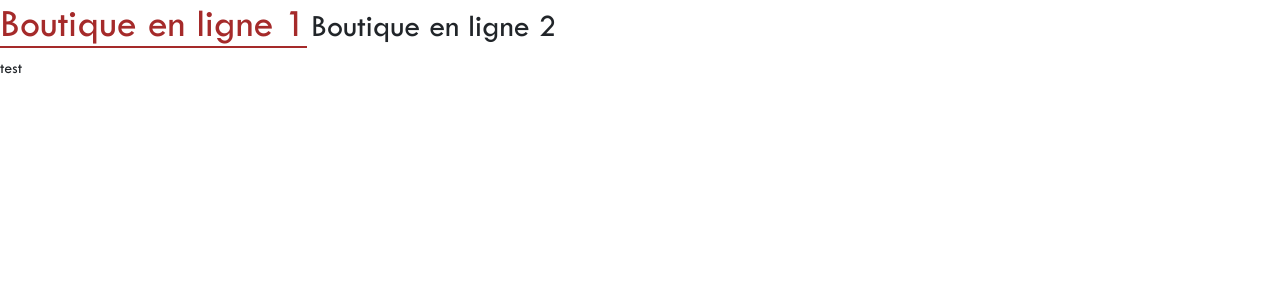
Repository: padevft/e-commerce-php
Page: http://localhost/index.html
These files come from the project's save history. The page is drawn as it stood at one moment and after the next save; the edit follows.
The browser window is 1280 px wide. The pictures show the whole page.
The page is run by PHP 8.4 with error messages shown; the project is at /var/www/html/.

Above is the page before, as saved 2023-09-17 15:59:14.

### index.html
<!DOCTYPE html>
<html lang="en">
  <head>
    <meta charset="UTF-8" />
    <meta name="viewport" content="width=device-width, initial-scale=1.0" />
    <title>Boutique en ligne</title>

    <link rel="stylesheet" href="client/css/styles.css">
    <link rel="stylesheet" href="client/utilitaires/bootstrap/css/bootstrap.min.css">
    <link rel="stylesheet" href="client/utilitaires/font-awesome-4.7.0/css/font-awesome.min.css">

  </head>
  <body>
    <h1>Boutique en ligne 1</h1>
    <h2>Boutique en ligne 2</h2>
    <div class="main">
      test
    </div>



    <script src="client/utilitaires/Jquery/jquery-3.6.0.min.js"></script>
    <script src="client/utilitaires/bootstrap/js/bootstrap.min.js"></script>
  </body>
</html>

### client/css/styles.css
/* var text-decoration */
@font-face {
  font-family: myfont;
  src: url(../utilitaires/fonts/ufonts.com_tw-cen-mt.ttf);
}

* {
  transition: all 0.6s ease;
}

body {
  font-family: myfont !important;
}
h1 {
  display: inline-flex;
  position: relative;
  cursor: pointer;
}

h1:hover {
  color: brown;
}

h1::before {
  content: "";
  position: absolute;
  bottom: 0;
  right: 0;
  width: 100%;
  height: 2.5px;
  background-color: brown;
  transform-origin: left;
  transform: scaleX(0);
  transition: transform 0.4s ease-out;
}

h1:hover::before {
  transform: scaleX(
    1
  );
}
h2 {
  display: inline-flex;
  position: relative;
  cursor: pointer;
}

h2:hover{
  color:#f9bf29;
}
h2::before {
  content: "";
  position: absolute;
  bottom: 0;
  left:0;
  background: #f9bf29;
  height: 2.5px;
  opacity: 1;
  visibility: visible;
  width: 0;
  -webkit-transition: 0.4s all ease-out;
  -o-transition: 0.4s all ease-out;
  transition: 0.4s all ease-out;
}
h2:hover:before {
  width: calc(100% - 0px);
}

main{
  display: flex;
  height: 10vh;
  width: 100%;
  background-image:  linear-gradient(to left top, blue, red);

}

Loaded but not shown: client/utilitaires/bootstrap/css/bootstrap.min.css (library); client/utilitaires/font-awesome-4.7.0/css/font-awesome.min.css (library); client/utilitaires/Jquery/jquery-3.6.0.min.js (library); client/utilitaires/bootstrap/js/bootstrap.min.js (library)

After the next save:
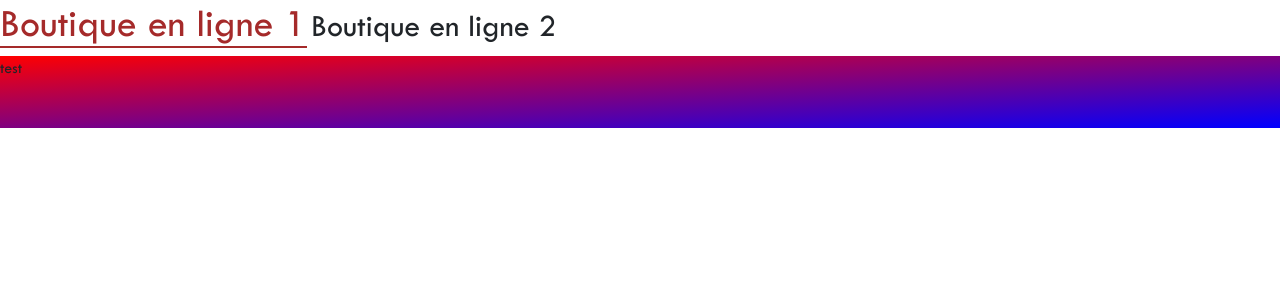
Saved 26 s later.
--- a/client/css/styles.css
+++ b/client/css/styles.css
@@ -66,7 +66,7 @@ h2:hover:before {
   width: calc(100% - 0px);
 }
 
-main{
+.main{
   display: flex;
   height: 10vh;
   width: 100%;
